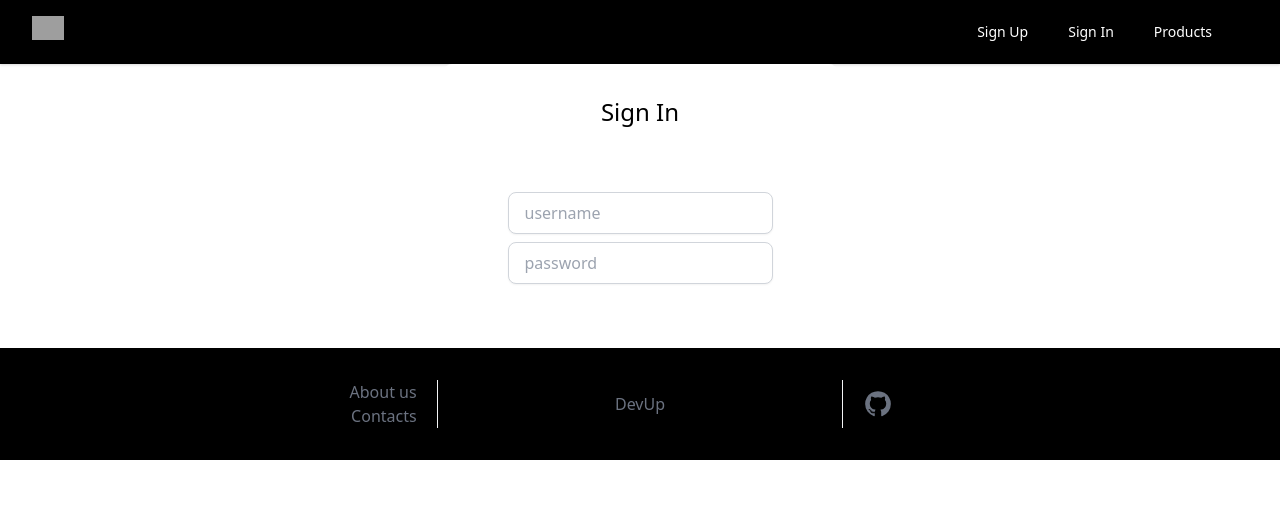
Repository: jesschoe/devup
Page: /signin (app in client/)
These files come from the project's save history. The page is drawn as it stood at one moment and after a run of saves; the edit follows.
The browser window is 1280 px wide. The pictures show the whole page.
Pictures or frames that could not be fetched are drawn as grey boxes. The project was rebuilt for these pictures with package versions that can differ from the ones it lists, and the page was loaded fresh each time. Also part of the build but not shown: client/craco.config.js, client/src/screens/Home/Home.jsx, client/src/services/products.js, client/src/screens/ProductDetail/ProductDetail.jsx, client/src/screens/ProductEdit/ProductEdit.jsx, client/src/screens/ProductCreate/ProductCreate.jsx, client/src/screens/SignUp/SignUp.jsx, client/src/components/Product/Product.jsx and 2 more.

Above is the page before, as saved 2021-10-10 10:26:46.

### client/src/App.js
import './App.css';
import { Route } from "react-router-dom"
import Home from "./screens/Home/Home"
import ProductDetail from "./screens/ProductDetail/ProductDetail"
import ProductEdit from "./screens/ProductEdit/ProductEdit"
import ProductCreate from "./screens/ProductCreate/ProductCreate"
import SignUp from "./screens/SignUp/SignUp"
import SignIn from "./screens/SignIn/SignIn"
import Products from './screens/Products/Products';

function App() {
  return (
    <div className="App">
      <Route exact path="/">
        <Home />
      </Route>
      <Route exact path="/products">
       <Products />
      </Route>
      <Route path="/products/:id">
        <ProductDetail />
      </Route>
      <Route path="/products/:id/edit">
        <ProductEdit />
      </Route>
      <Route path="/add-product">
        <ProductCreate />
      </Route>
      <Route path="/signup">
        <SignUp />
      </Route>
      <Route path="/signin">
        <SignIn />
      </Route>
    </div>
  );
}

export default App;

### client/src/screens/SignIn/SignIn.jsx
import { useState } from "react";
import { signIn } from "../../services/users";
import { useHistory } from "react-router-dom";
import Layout from "../../components/Layout/Layout";

const SignIn = (props) => {
  const history = useHistory();

  const [form, setForm] = useState({
    username: "",
    password: "",
    isError: false,
    errorMsg: "",
  });

  const handleChange = (e) => {
    setForm({
      ...form,
      [e.target.name]: e.target.value,
    });
  };

  const onSignIn = async (e) => {
    e.preventDefault();
    const { setUser } = props;
    try {
      const user = await signIn(form);
      setUser(user);
      history.push("/");
    } catch (error) {
      console.error(error);
      setForm({
        isError: true,
        errorMsg: "Invalid username or password",
        username: "",
        password: "",
      });
    }
  };

  const renderError = () => {
    const toggleForm = form.isError ? "danger" : "";
    if (form.isError) {
      return (
        <button type="submit" className={toggleForm}>
          {form.errorMsg}
        </button>
      );
    } else {
      return <button type="submit">Sign In</button>;
    }
  };

  const { username, password } = form;

  return (
    <Layout>
      <div className="flex justify-center">
        <div class="flex flex-col justify-center items-center max-w-md px-4 py-8 bg-white rounded-lg  sm:px-6 md:px-8 lg:px-10">
          <div class="self-center mb-2 text-xl font-light text-black sm:text-2xl dark:text-white">
            Sign In
          </div>
          <div class="p-6 mt-8">
            <form onsubmit={onSignIn}>
              <div class="flex flex-col mb-2">
                <div class=" relative ">
                  <input
                    className=" rounded-lg border-transparent flex-1 appearance-none border border-gray-300 w-full py-2 px-4 bg-white text-gray-700 placeholder-gray-400 shadow-sm text-base focus:outline-none focus:ring-2 focus:ring-purple-600 focus:border-transparent"
                    required
                    type="text"
                    value={username}
                    onChange={handleChange}
                    placeholder="username"
                  />
                </div>
              </div>
              <div className="flex flex-col mb-2">
                <div className=" relative ">
                  <input
                    className=" rounded-lg border-transparent flex-1 appearance-none border border-gray-300 w-full py-2 px-4 bg-white text-gray-700 placeholder-gray-400 shadow-sm text-base focus:outline-none focus:ring-2 focus:ring-purple-600 focus:border-transparent"
                    required
                    type="password"
                    value={password}
                    onChange={handleChange}
                    placeholder="password"
                  />
                </div>
              </div>
            </form>
          </div>
        </div>
      </div>
    </Layout>
  );
};

export default SignIn;

{
  /* <div className="min-h-screen min-w-max flex justify-center items-center text-center">
      <div className="text-black block">Sign In</div>
      <form onSubmit={onSignIn}>
        <label>Email</label>
        <input
          required
          type="text"
          name="email"
          value={username}
          placeholder="username"
          onChange={handleChange}
        />
        <label>Password</label>
        <input
          required
          name="password"
          value={password}
          type="password"
          placeholder="password"
          onChange={handleChange}
        />
        {renderError()}
      </form>
    </div> */
}

### client/src/components/Layout/Layout.jsx
import Footer from '../Footer/Footer'
import Nav from '../Nav/Nav'

const Layout = (props) => {
  return (
    <div>
      <Nav />
      <div className="">
        {props.children}
      </div>
      <Footer />
    </div>
  )
}

export default Layout

### client/src/services/users.js
import api from './apiConfig'
import jwtDecode from 'jwt-decode'

export const signUp = async (credentials) => {
  try {
    const resp = await api.post('/sign-up', credentials)
    localStorage.setItem('token', resp.data.token)
    const user = jwtDecode(resp.data.token)
    return user
  } catch (error) {
    throw error
  }
}

export const signIn = async (credentials) => {
  try {
    const resp = await api.post('/sign-in', credentials)
    localStorage.setItem('token', resp.data.token)
    const user = jwtDecode(resp.data.token)
    return user
  } catch (error) {
    throw error
  }
}

export const signOut = async () => {
  try {
    localStorage.removeItem("token")
    return true
  } catch (error) {
    throw error
  }
}

export const changePassword = async (passwords, user) => {
  try {
    const resp = await api.post('/')
    return resp.data
  } catch (error) {
    throw error
  }
}

export const verifyUser = async () => {
  const token = localStorage.getItem('token')
  if (token) {
    const res = await api.get('/verify')
    return res.data
  }
  return false
}

### client/src/components/Footer/Footer.jsx
import React from "react";
import { Link } from "react-router-dom";
const Footer = () => {
  return (
    <div>
      <footer className="px-3 py-8 bg-black text-2 text-gray-500 transition-colors duration-200">
        <div className="flex flex-col">
          <div className="md:hidden mt-7 mx-auto w-11 h-px rounded-full"></div>
          <div class="mt-4 md:mt-0 flex flex-col md:flex-row">
            <nav className="flex-1 flex flex-col items-center justify-center md:items-end md:border-r border-gray-100 md:pr-5">
              <Link to="/" className="hover:text-white">
                About us
              </Link>
              <Link className="hover:text-white">Contacts</Link>
            </nav>
            <div className="md:hidden mt-4 mx-auto w-11 h-px rounded-full"></div>
            <div className="mt-4 md:mt-0 flex-1 flex items-center justify-center md:border-r border-gray-100 hover:text-white">
              <Link to="/">DevUp</Link>
            </div>
            <div className="md:hidden mt-4 mx-auto w-11 h-px rounded-full "></div>
            <div className="mt-7 md:mt-0 flex-1 flex flex-col items-center justify-center md:items-start md:pl-5">
              <svg
                xmlns="http://www.w3.org/2000/svg"
                width="30"
                height="30"
                fill="currentColor"
                className="text-xl hover:text-white transition-colors duration-200"
                viewBox="0 0 1792 1792"
              >
                <path d="M896 128q209 0 385.5 103t279.5 279.5 103 385.5q0 251-146.5 451.5t-378.5 277.5q-27 5-40-7t-13-30q0-3 .5-76.5t.5-134.5q0-97-52-142 57-6 102.5-18t94-39 81-66.5 53-105 20.5-150.5q0-119-79-206 37-91-8-204-28-9-81 11t-92 44l-38 24q-93-26-192-26t-192 26q-16-11-42.5-27t-83.5-38.5-85-13.5q-45 113-8 204-79 87-79 206 0 85 20.5 150t52.5 105 80.5 67 94 39 102.5 18q-39 36-49 103-21 10-45 15t-57 5-65.5-21.5-55.5-62.5q-19-32-48.5-52t-49.5-24l-20-3q-21 0-29 4.5t-5 11.5 9 14 13 12l7 5q22 10 43.5 38t31.5 51l10 23q13 38 44 61.5t67 30 69.5 7 55.5-3.5l23-4q0 38 .5 88.5t.5 54.5q0 18-13 30t-40 7q-232-77-378.5-277.5t-146.5-451.5q0-209 103-385.5t279.5-279.5 385.5-103zm-477 1103q3-7-7-12-10-3-13 2-3 7 7 12 9 6 13-2zm31 34q7-5-2-16-10-9-16-3-7 5 2 16 10 10 16 3zm30 45q9-7 0-19-8-13-17-6-9 5 0 18t17 7zm42 42q8-8-4-19-12-12-20-3-9 8 4 19 12 12 20 3zm57 25q3-11-13-16-15-4-19 7t13 15q15 6 19-6zm63 5q0-13-17-11-16 0-16 11 0 13 17 11 16 0 16-11zm58-10q-2-11-18-9-16 3-14 15t18 8 14-14z"></path>
              </svg>
            </div>
          </div>
        </div>
      </footer>
    </div>
  );
};

export default Footer;

### client/src/components/Nav/Nav.jsx
import { NavLink } from "react-router-dom";
import MobileNav from "../MobileNav/MobileNav";

const Nav = () => {
  return (
    <div>
      <nav className="bg-black dark:bg-gray-800  shadow ">
        <div className="max-w-7xl mx-auto px-8">
          <div className="flex items-center justify-between h-16">
            <div className="w-full justify-between flex items-center">
              <NavLink className="h-8 w-8" to="/">
                <img src="../../../public/logo.png" alt="Devup Logo" />{" "}
              </NavLink>
              <div className="hidden md:block">
                <div className="ml-10 flex items-baseline space-x-4">
                  <NavLink
                    className="text-white hover:text-indigo-400 px-3 py-2 rounded-md text-sm font-medium"
                    to="/signup"
                  >
                    Sign Up
                  </NavLink>
                  <NavLink
                    className="text-white hover:text-indigo-400 px-3 py-2 rounded-md text-sm font-medium"to="/signin">
                    Sign In
                  </NavLink>
                  <NavLink className="text-white hover:text-indigo-400 px-3 py-2 rounded-md text-sm font-medium"to="/products">
                    Products
                  </NavLink>
                </div>
              </div>
            </div>
            <div className="block">
              <div className="ml-4 flex items-center md:ml-6"></div>
            </div>
            <div className="-mr-2 flex md:hidden">
              <button className="text-white inline-flex items-center justify-center p-2 rounded-md focus:outline-none">
                <svg
                  width="20"
                  height="20"
                  fill="currentColor"
                  className="h-8 w-8"
                  viewBox="0 0 1792 1792"
                  xmlns="http://www.w3.org/2000/svg"
                >
                  <path d="M1664 1344v128q0 26-19 45t-45 19h-1408q-26 0-45-19t-19-45v-128q0-26 19-45t45-19h1408q26 0 45 19t19 45zm0-512v128q0 26-19 45t-45 19h-1408q-26 0-45-19t-19-45v-128q0-26 19-45t45-19h1408q26 0 45 19t19 45zm0-512v128q0 26-19 45t-45 19h-1408q-26 0-45-19t-19-45v-128q0-26 19-45t45-19h1408q26 0 45 19t19 45z"></path>
                </svg>
              </button>
            </div>
          </div>
        </div>
        <div className="md:hidden">
          <MobileNav />
        </div>
      </nav>
    </div>
  );
};

export default Nav;

### client/src/services/apiConfig.js
import axios from 'axios'

const getToken = () => {
    return new Promise(resolve => {
        resolve(`Bearer ${localStorage.getItem('token') || null}`)
    })
}

const api = axios.create({
    baseURL: process.env.NODE_ENV === 'production'
        ? 'https://devupapp.herokuapp.com//api'
        : 'http://localhost:3000/api'
})

api.interceptors.request.use(async function (config) {
    config.headers['Authorization'] = await getToken()
    return config
}, function (error) {
    console.log('Request error: ', error)
    return Promise.reject(error)
});

export default api

### client/src/components/MobileNav/MobileNav.jsx
import { NavLink } from "react-router-dom";

const MobileNav = () => {
  return (
    <div className="px-2 pt-2 pb-3 space-y-1 sm:px-3">
      <NavLink
        className="text-white hover:text-indigo-400 px-3 py-2 rounded-md text-sm font-medium block"
        to="/signup">
        Sign Up
      </NavLink>
      <NavLink
        className="text-white hover:text-indigo-400 px-3 py-2 rounded-md text-sm font-medium block"
        to="/signin">
        Sign In
      </NavLink>
      <NavLink
        className="text-white hover:text-indigo-400 px-3 py-2 rounded-md text-sm font-medium block"
        to="/products">
        Products
      </NavLink>
    </div>
  );
};

export default MobileNav;

Loaded but not shown: client/public/index.html (common file); client/src/index.js (common file); client/src/index.css (common file); client/src/reportWebVitals.js (common file); client/src/App.css (common file); client/tailwind.config.js (common file)

After the next 2 saves:
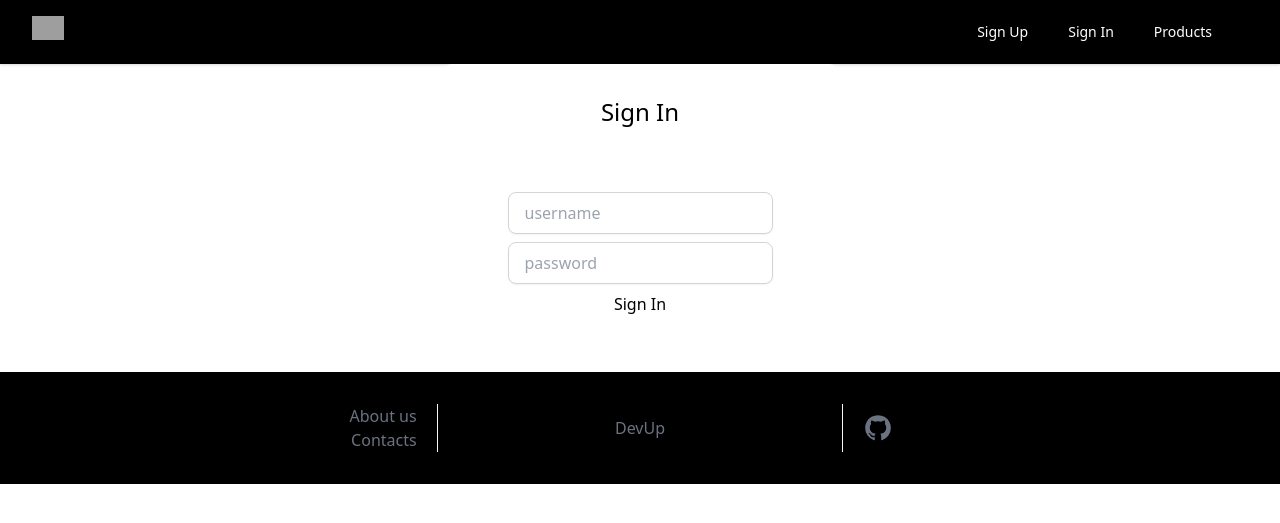
The 2 saves are shown as one change because they came seconds apart.
The last was saved 13 s later.
--- a/client/src/screens/SignIn/SignIn.jsx
+++ b/client/src/screens/SignIn/SignIn.jsx
@@ -86,6 +86,7 @@ const SignIn = (props) => {
                   />
                 </div>
               </div>
+              {renderError()}
             </form>
           </div>
         </div>
